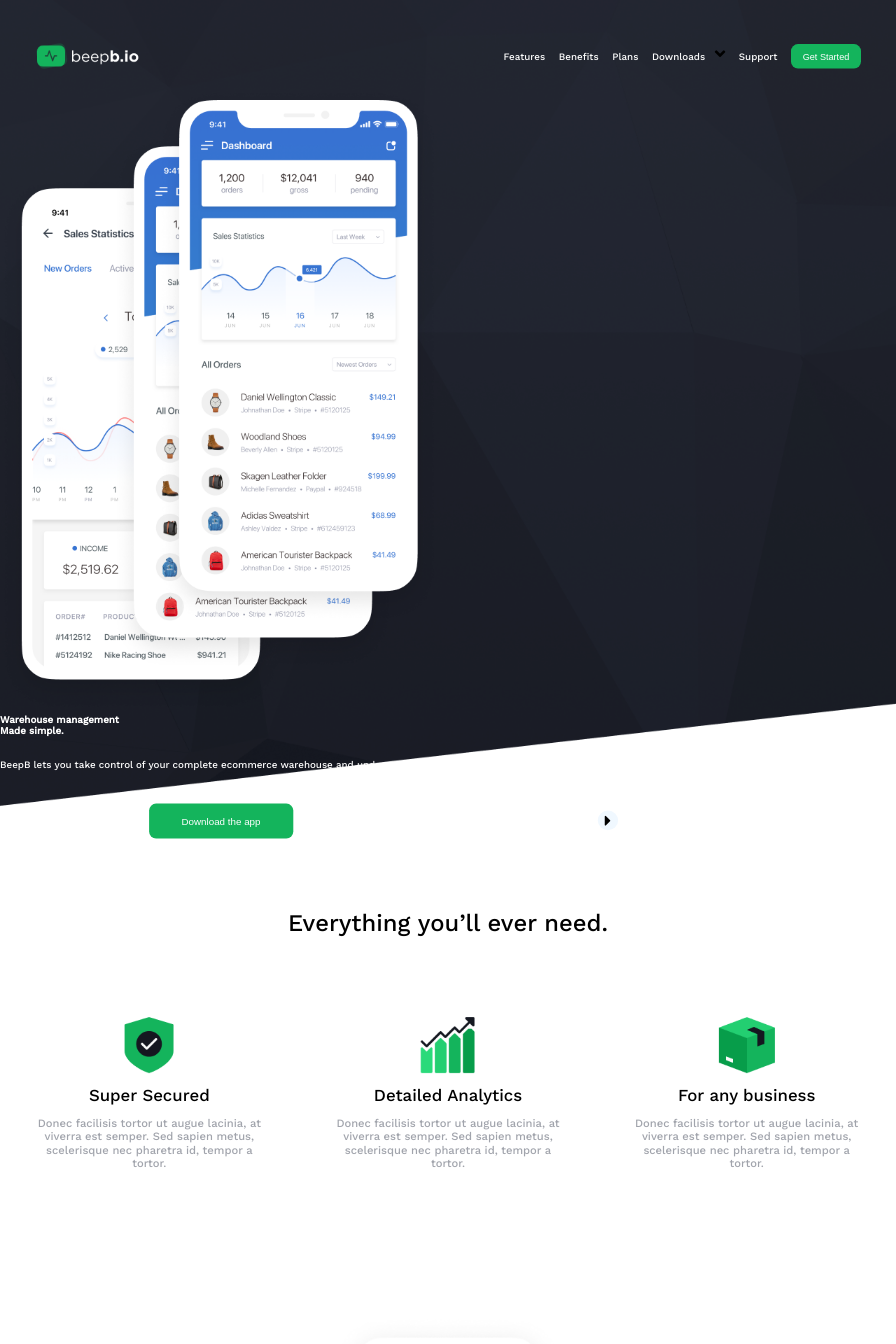
Repository: thinhnguyen347/thinhnguyen347.github.io
Page: cut-html-css/index.html
These files come from the project's save history. The page is drawn as it stood at one moment and after the next save; the edit follows.
The browser window is 1280 px wide. The pictures show the part of the page from y = 0 to 1920 px (the page is 4906 px tall), at 70% of full size.

Above is the page before, as saved 2021-11-10 19:31:14.

After the next save:
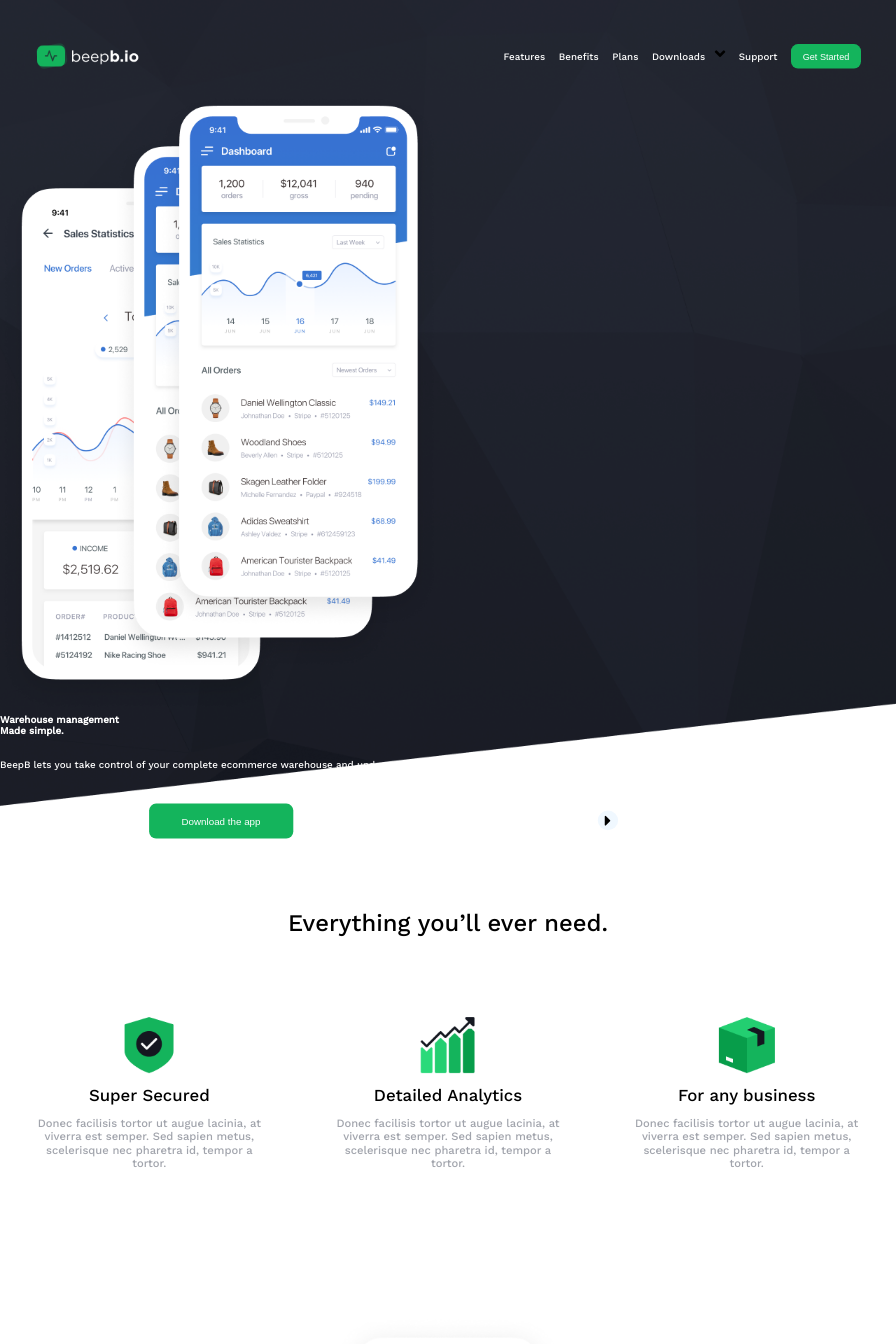
Saved 22 s later.
--- a/cut-html-css/css/style.css
+++ b/cut-html-css/css/style.css
@@ -157,7 +157,7 @@ li.menuitem:hover .drop-down {
 
 .iphone-x2 {
   position: absolute;
-  top: -8%;
+  top: -7%;
   left: 40%;
 }
 
